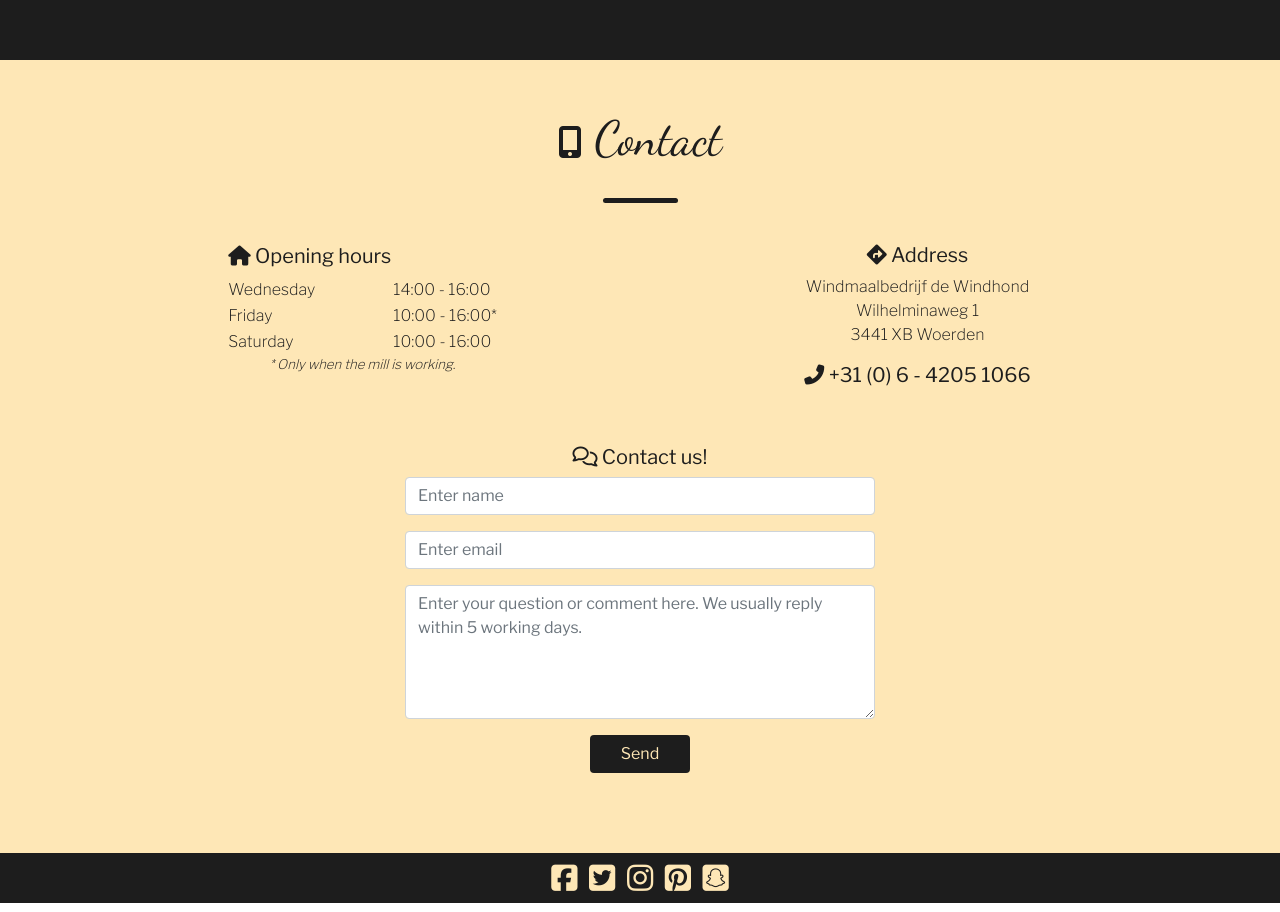
Repository: jdl208/DeWindhond
Page: index.html
The author's editor kept a record of every edit. The page is drawn from the files as they stood at one moment, then again after the next edit.
The browser window is 1280 px wide. The pictures show the part of the page from y = 2377 to 3329 px (the page is 3289 px tall before and 3329 px after).
Some web libraries are served in a nearby version.

Above is the page before.

After the next edit:
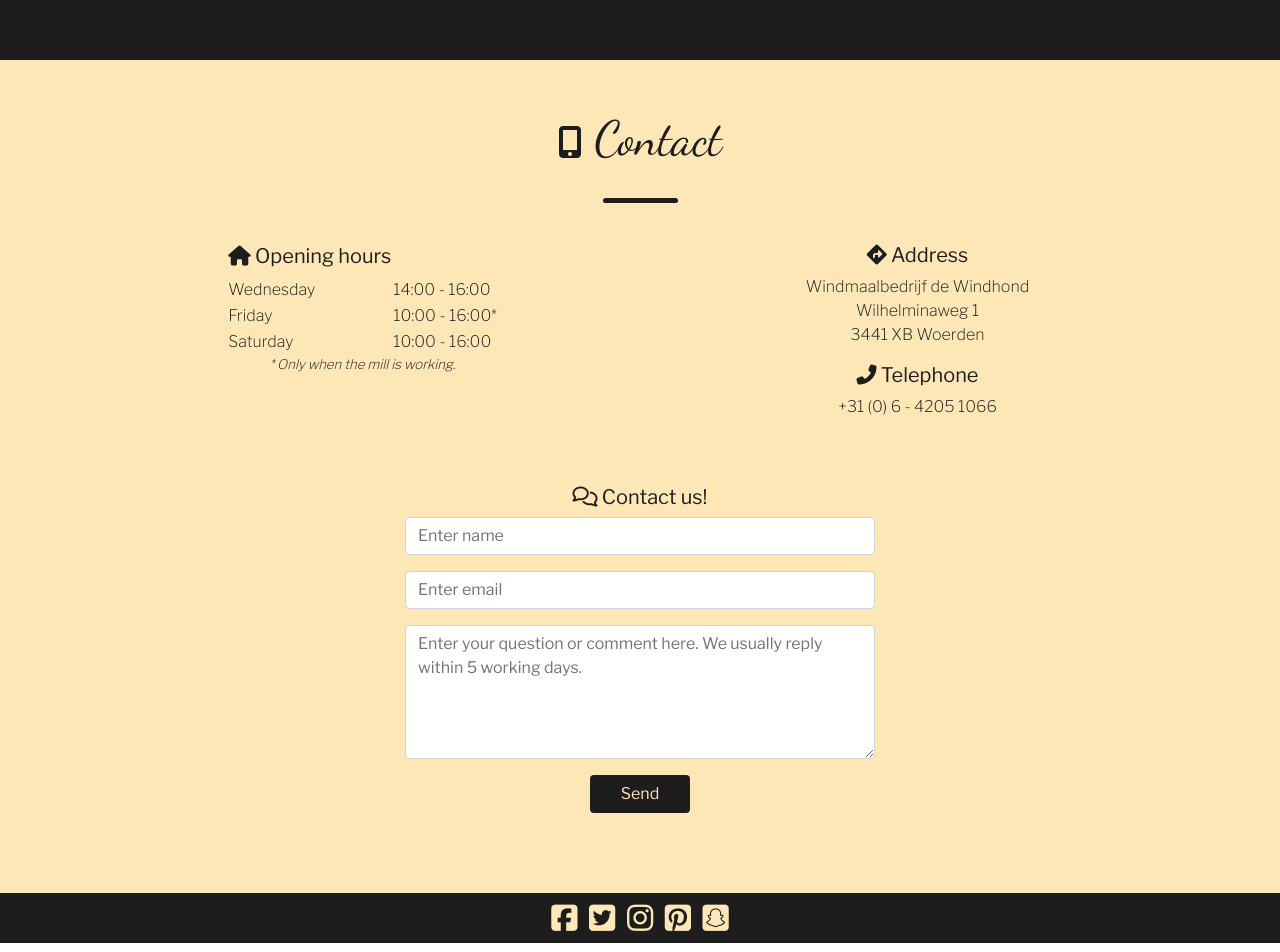
The edit:
--- a/index.html
+++ b/index.html
@@ -168,7 +168,8 @@
                     <h5><i class="fas fa-directions"></i> Address</h5>
                     <p>Windmaalbedrijf de Windhond<br> Wilhelminaweg 1<br> 3441 XB Woerden
                     </p>
-                    <h5><i class="fas fa-phone-alt"></i> +31 (0) 6 - 4205 1066</h5>
+                    <h5><i class="fas fa-phone-alt"></i> Telephone</h5>
+                    <p> +31 (0) 6 - 4205 1066</p>
 
                 </div>
 
